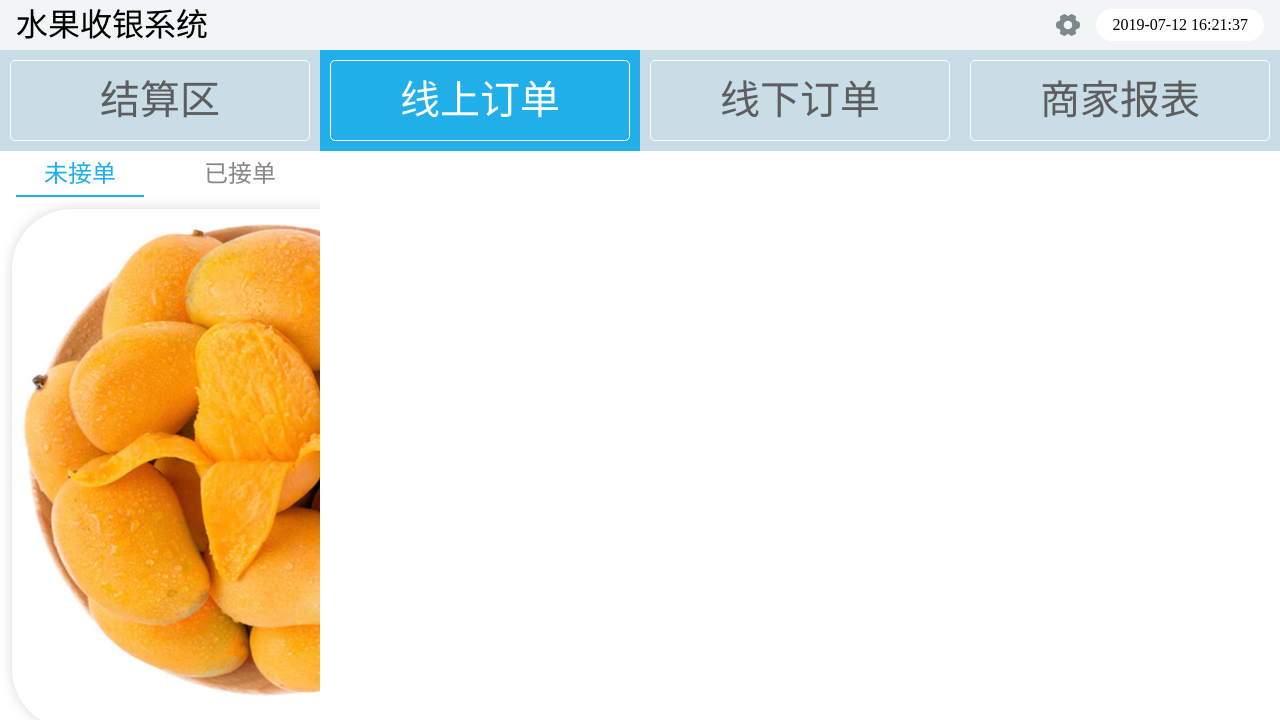
Repository: missing-star/fruit
Page: index.html
These files come from the project's save history. The page is drawn as it stood at one moment and after the next save; the edit follows.
The browser window is 1280 px wide. The pictures show the whole page.

Above is the page before, as saved 2019-07-12 16:26:16.

### index.html
<!DOCTYPE html>
<html lang="en">

<head>
    <meta charset="UTF-8">
    <meta name="viewport" content="width=device-width, initial-scale=1.0">
    <meta http-equiv="X-UA-Compatible" content="ie=edge">
    <title>水果收银系统</title>
    <link rel="stylesheet" href="./css/index.css">
</head>

<body>
    <div id="app">
        <header class="title-bar">
            <p class="title">水果收银系统</p>
            <div class="right-part-show">
                <img src="./images/setting.png" alt="设置" class="setting-icon">
                <p class="show-current-time">{{currentTime}}</p>
            </div>
        </header>
        <ul class="category-tab">
            <li class="category-item" :class="{active:currentIndex == 0}" @click="switchTab(0)">
                <p class="category-title">结算区</p>
            </li>
            <li class="category-item" :class="{active:currentIndex == 1}" @click="switchTab(1)">
                <p class="category-title">线上订单</p>
            </li>
            <li class="category-item" :class="{active:currentIndex == 2}" @click="switchTab(2)">
                <p class="category-title">线下订单</p>
            </li>
            <li class="category-item" :class="{active:currentIndex == 3}" @click="switchTab(3)">
                <p class="category-title">商家报表</p>
            </li>
        </ul>
        <!-- 结算区 -->
        <div v-show="currentIndex == 0" class="main-content">
            <div class="operation-wrapper">
                <ul class="goods-list-wrapper">
                    <li v-for="n in 10" class="goods-item">
                        <div class="goods-pic-wrapper">
                            <span class="delete-icon pointer"></span>
                            <img src="./images/goods.png" class="goods-pic">
                        </div>
                        <div class="goods-detail">
                            <p class="goods-title">苹果</p>
                            <p class="goods-spec">规格：12元/250g</p>
                            <p class="goods-money">
                                <span class="goods-weight">重量357g</span>
                                <span class="goods-price">
                                    <i class="money-icon black">￥</i>
                                    <i class="money-number black">18</i>
                                </span>
                            </p>
                        </div>
                    </li>
                </ul>
                <div class="calculator-scope">
                    <div class="show-total-money">
                        <p class="total-title">共4件商品</p>
                        <p class="total-money">
                            <span class="money-title">合计</span>
                            <span class="show-money">
                                <i class="money-icon blue">￥</i>
                                <i class="money-number blue">54.00</i>
                            </span>
                        </p>
                    </div>
                    <div class="operation-group">
                        <div class="left-part">
                            <button class="order-list pointer">挂单列表</button>
                            <button class="go-order pointer">挂单</button>
                        </div>
                        <button class="right-part pointer">
                            结算
                        </button>
                    </div>
                </div>
            </div>
            <div class="goods-choice-wrapper">
                <ul class="goods-category-wrapper">
                    <li @click="switchSubTab(n-1)" :class="{active:subCurrentIndex == n-1}" v-for="n in 20"
                        class="goods-category-item pointer">
                        分类
                    </li>
                </ul>
                <ul class="goods-choice-list">
                    <li v-for="n in 20" class="goods-choice-item">
                        <img src="./images/goods.png" class="goods-show-pic">
                        <p class="goods-desc">
                            <span class="goods-name">小泰芒</span>
                            <span class="price-weight">23元 / 250g</span>
                        </p>
                    </li>
                </ul>
            </div>
        </div>
        <div v-show="currentIndex == 1" class="main-content">
            <div class="operation-wrapper">
                <ul class="tab-wrapper">
                    <li @click="switchOnlineTab(0)" :class="{active:onlineCurrentIndex == 0}" class="tab-item pointer">
                        未接单</li>
                    <li @click="switchOnlineTab(1)" :class="{active:onlineCurrentIndex == 1}" class="tab-item pointer">
                        已接单</li>
                </ul>
                <div class="order-list-wrapper">
                    <ul v-show="onlineCurrentIndex == 0" class="accept-wrapper">
                        <li v-for="n in 20" class="order-item">
                            <img src="./images/goods.png" class="order-goods-pic">
                            <div class="order-detail">
                                <p class="order-number">单号：12365425</p>
                                <p class="order-date">2019-05-22 12:22:22</p>
                            </div>
                            <button class="post-way self">自取</button>
                        </li>
                    </ul>
                    <ul v-show="onlineCurrentIndex == 1" class="accept-wrapper">

                    </ul>
                </div>
            </div>
            <div class="goods-choice-wrapper">

            </div>
        </div>
        <div v-show="currentIndex == 2" class="main-content">

        </div>
        <div v-show="currentIndex == 3" class="main-content">

        </div>
    </div>
    <script src="https://cdn.bootcss.com/vue/2.6.10/vue.js"></script>
    <script src="./js/index.js"></script>
</body>

</html>

### css/index.css
html,body,div#app{
    height: 100%;
    background: #FFFFFF;
    min-width: 1200px;
}
body{
    font-size: calc(100vw / 19.2);
}
*{
    padding: 0;
    margin: 0;
    list-style: none;
    box-sizing: border-box;
    line-height: 100%;
    color: #000000;
    font-style: normal;
}
header.title-bar {
    background: #F2F5F6;
    padding: 1rem;
    height: 7%;
    display: flex;
    align-items: center;
    justify-content: space-between;
}
p.title {
    font-size: 2rem;
}
.right-part-show {
    display: flex;
    align-items: center;
    justify-content: space-around;
}
img.setting-icon {
    width: 1.5rem;
    margin-right: 1rem;
    cursor: pointer;
}
p.show-current-time {
    font-size: 1rem;
    background: #FFFFFF;
    padding: 0.5rem 1rem;
    border-radius: 10rem;
}
ul.category-tab {
    width: 100%;
    height: 14%;
    display: flex;
    align-items: center;
    justify-content: space-around;
    background: #C8DDE5;
}
li.category-item{
    width: 100%;
    height: 100%;
    display: flex;
    align-items: center;
    justify-content: center;
    padding: 10px;
    cursor: pointer;
}
li.category-item p.category-title {
    color: #5D5D5D;
    border: 1px solid #FFFFFF;
    border-radius: 5px;
    width: 100%;
    height: 100%;
    display: flex;
    align-items: center;
    justify-content: center;
    white-space: nowrap;
    font-size: 2.5rem;
}
li.category-item.active{
    background: #21AFE9;
}
li.category-item.active p.category-title{
    color: #FFFFFF;
}
.pointer{
    cursor: pointer;
}
.main-content {
    height: 79%;
    display: flex;
}
.operation-wrapper {
    width: 25%;
    height: 100%;
}
li.goods-item {
    height: 13vh;
    box-shadow: 0px 0px 4px 0px rgba(0,0,0,0.2);
    border-radius: 10px;
    margin: 1rem 0;
    display:flex;
}
.goods-pic-wrapper {
    position: relative;
    height: 100%;
    width: 30%;
    padding: 1rem;
}
img.goods-pic {
    width: 100%;
    height: auto;
}
ul.goods-list-wrapper {
    height: 75%;
    overflow: auto;
    padding: 0.5rem;
}
.calculator-scope {
    height: 25%;
}
span.delete-icon {
    width: 1.5rem;
    height: 1.5rem;
    background: url(../images/delete.png) no-repeat;
    background-size: 100% 100%;
    display: block;
    position: absolute;
    left: 0.5rem;
    top: 0.5rem;
}
.goods-detail {
    width: 70%;
    height: 100%;
}
p.goods-title {
    color: #000000;
    font-size: 2rem;
}
p.goods-spec {
    color: #6B6B6B;
    font-size: 1.2rem;
}
p.goods-money {
    display: flex;
    align-items: center;
    justify-content: space-between;
}
span.goods-weight {
    color: #FE7204;
    font-size: 1.5rem;
}
span.goods-price {
    font-size: 1.5rem;
}
.goods-detail {
    width: 70%;
    height: 100%;
    display: flex;
    flex-direction: column;
    justify-content: space-between;
    padding: 1rem;
}
i.money-number {
    font-size: 1.8rem;
}
i.money-icon {
    font-size: 1rem;
}
i.money-number.blue,i.money-icon.blue{
    color: #21AFE9;
}

.calculator-scope {
    border-top: 2px solid rgba(242,245,246,1);
    padding: 1rem;
}
div.show-total-money {
    background: rgba(242,245,246,1);
    display: flex;
    align-items: center;
    justify-content: space-between;
    font-size: 1.2rem;
    height: 30%;
    padding: 1rem;
    border-radius: 0.5rem;
    box-shadow:0px 1px 4px 0px rgba(0,0,0,0.2);
}
.operation-group {
    display: flex;
    align-items: center;
    justify-content: space-between;
    height: 70%;
    padding-top: 1rem;
}
p.total-title {
    color: #5D5D5D;
}
span.money-title {
    color: #333333;
}
button.order-list.pointer {
    background: #FFC639;
    outline: 0;
    border: none;
    color: #FFFFFF;
    width: 100%;
    height: 40%;
}
.left-part {
    width: 55%;
    height: 100%;
    display: flex;
    flex-direction: column;
    align-items: flex-start;
    justify-content: space-between;
}
button.order-list.pointer,button.go-order.pointer {
    border-radius: 0.5rem;
    background: #FFC639;
    outline: 0;
    border: none;
    color: #FFFFFF;
    width: 85%;
    height: 44%;
    font-size: 1.5rem;
}
button.go-order.pointer {
    background: #FF7A05;
}
.right-part {
    background: #21AFE9;
    border-radius: 0.5rem;
    color: #FFFFFF;
    font-size: 2rem;
    width: 45%;
    height: 100%;
    display: flex;
    align-items: center;
    justify-content: center;
    outline: 0;
    border:none;
}
ul.goods-category-wrapper {
    height: 100%;
    overflow: auto;
}
.goods-choice-wrapper {
    width: 75%;
    display: flex;
}
ul.goods-category-wrapper {
    width: 15%;
    height: 100%;
    overflow: auto;
}
li.goods-category-item {
    font-size: 1.5rem;
    display: flex;
    align-items: center;
    justify-content: center;
    height: 4rem;
    background: #EAEFF1;
    color: #5D5D5D;
    border-bottom: 2px solid #FFFFFF;
}
li.goods-category-item.active{
    background: #21AFE9;
    color: #FFFFFF;
}
ul.goods-choice-list {
    height: 100%;
    overflow: auto;
    width: 85%;
    background: #F2F5F6;
    display: flex;
    flex-wrap: wrap;
}
img.goods-show-pic {
    width: 100%;
}
li.goods-choice-item {
    width: 25%;
    margin: 2% calc(25% / 6);
    background: #FFFFFF;
    border-radius: 1rem;
    padding: 1rem;
}
p.goods-desc {
    display: flex;
    flex-direction: column;
    padding: 0 1rem;
}
span.goods-name {
    color: #333333;
    font-size: 2rem;
    margin-bottom: 1rem;
}
span.price-weight {
    color: #888888;
    font-size: 1.3rem;
}
ul::-webkit-scrollbar {
    height: 0;
    width: 4px;
}
ul::-webkit-scrollbar {
    width: 5px; /*对垂直流动条有效*/
    height: 0px; /*对水平流动条有效*/
}

/*定义滚动条的轨道颜色、内阴影及圆角*/
ul::-webkit-scrollbar-track{
    background-color: #FFFFFF;
    border-radius: 3px;
}


/*定义滑块颜色、内阴影及圆角*/
ul::-webkit-scrollbar-thumb{
    border-radius: 7px;
    background-color: #aaa;
}
ul.tab-wrapper{
    width: 100%;
    height: 8%;
    font-size: 1.5rem;
    display: flex;
    align-items: center;
    justify-content: space-around;
}
li.tab-item{
    color: #888888;
    position: relative;
    width: 50%;
    text-align:center;
    height: 100%;
    display: flex;
    align-items: center;
    justify-content: center;
}
li.tab-item.active{
    color: #21AFE9;
}
li.tab-item.active:after{
    content: '';
    width: 80%;
    height: 2px;
    background: #21AFE9;
    position: absolute;
    bottom: 0;
    left: 10%;
}
.order-list-wrapper {
    height: 92%;
}
ul.accept-wrapper {
    width: 100%;
    height: 100%;
    overflow: auto;
}
li.order-item {
    display: flex;
    align-items: center;
    justify-content: space-between;
}

### js/index.js
new Vue({
    el: '#app',
    data: {
        currentTime: '0000-00-00 00:00:00',
        currentIndex:1,
        subCurrentIndex:0,
        onlineCurrentIndex:0
    },
    methods: {
        getCurrentTime: function () {
            var date = new Date();
            var year = date.getFullYear();
            var month = (date.getMonth() + 1) < 10 ? '0' + (date.getMonth() + 1) : (date.getMonth() + 1);
            var day = date.getDate() < 10 ? '0' + date.getDate() : date.getDate();
            var hour = date.getHours() < 10 ? '0' + date.getHours() : date.getHours();
            var minute = date.getMinutes() < 10 ? '0' + date.getMinutes() : date.getMinutes();
            var second = date.getSeconds() < 10 ? '0' + date.getSeconds() : date.getSeconds();
            this.currentTime = year + '-' + month + '-' + day + ' ' + hour + ':' + minute + ':' + second;
        },
        switchTab:function(index) {
            if(this.currentIndex != index) {
                this.currentIndex = index;
            }
        },
        switchSubTab:function(index) {
            if(this.subCurrentIndex != index) {
                this.subCurrentIndex = index;
            }
        },
        switchOnlineTab:function(index) {
            if(this.onlineCurrentIndex != index) {
                this.onlineCurrentIndex = index;
            }
        }
    },
    created: function () {
        var vm = this;
        vm.getCurrentTime();
        setInterval(function(){
            vm.getCurrentTime();
        }, 1000);
    }
});

After the next save:
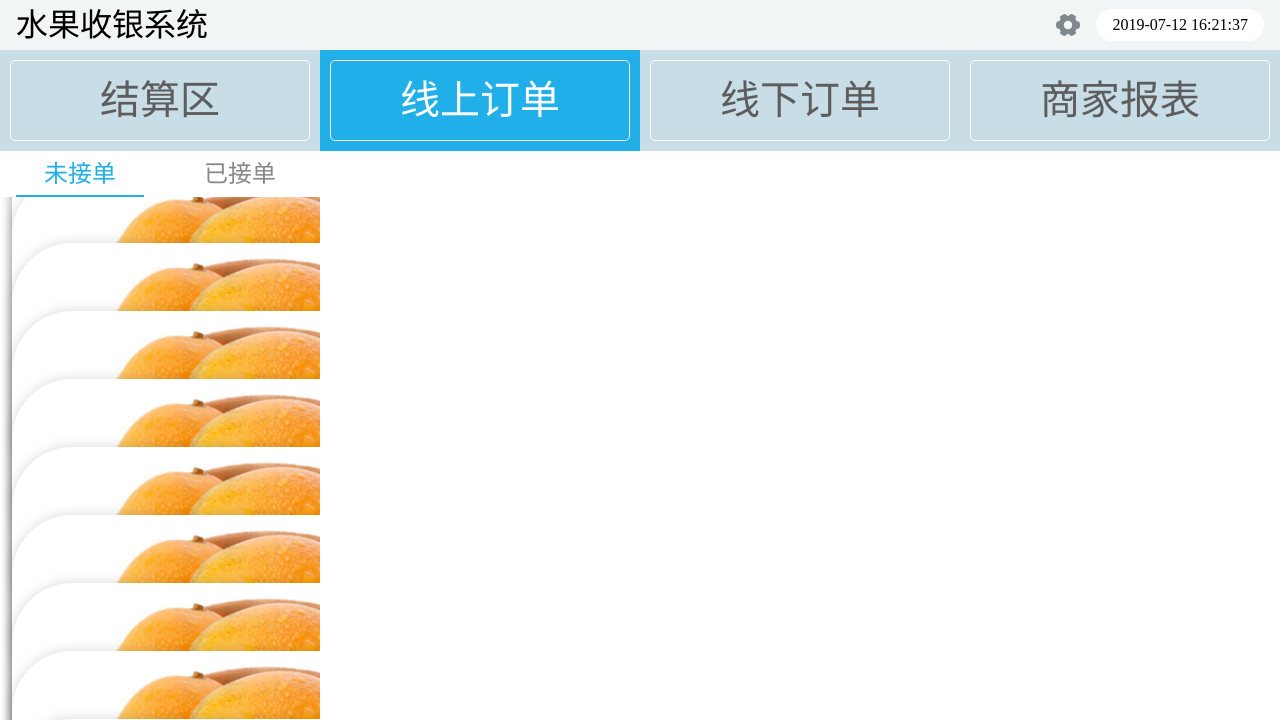
Saved 97 s later.
--- a/css/index.css
+++ b/css/index.css
@@ -358,3 +358,10 @@ li.order-item {
     align-items: center;
     justify-content: space-between;
 }
+li.order-item {
+    display: flex;
+    align-items: center;
+    justify-content: space-between;
+    height: 13%;
+    font-size: 1rem;
+}
